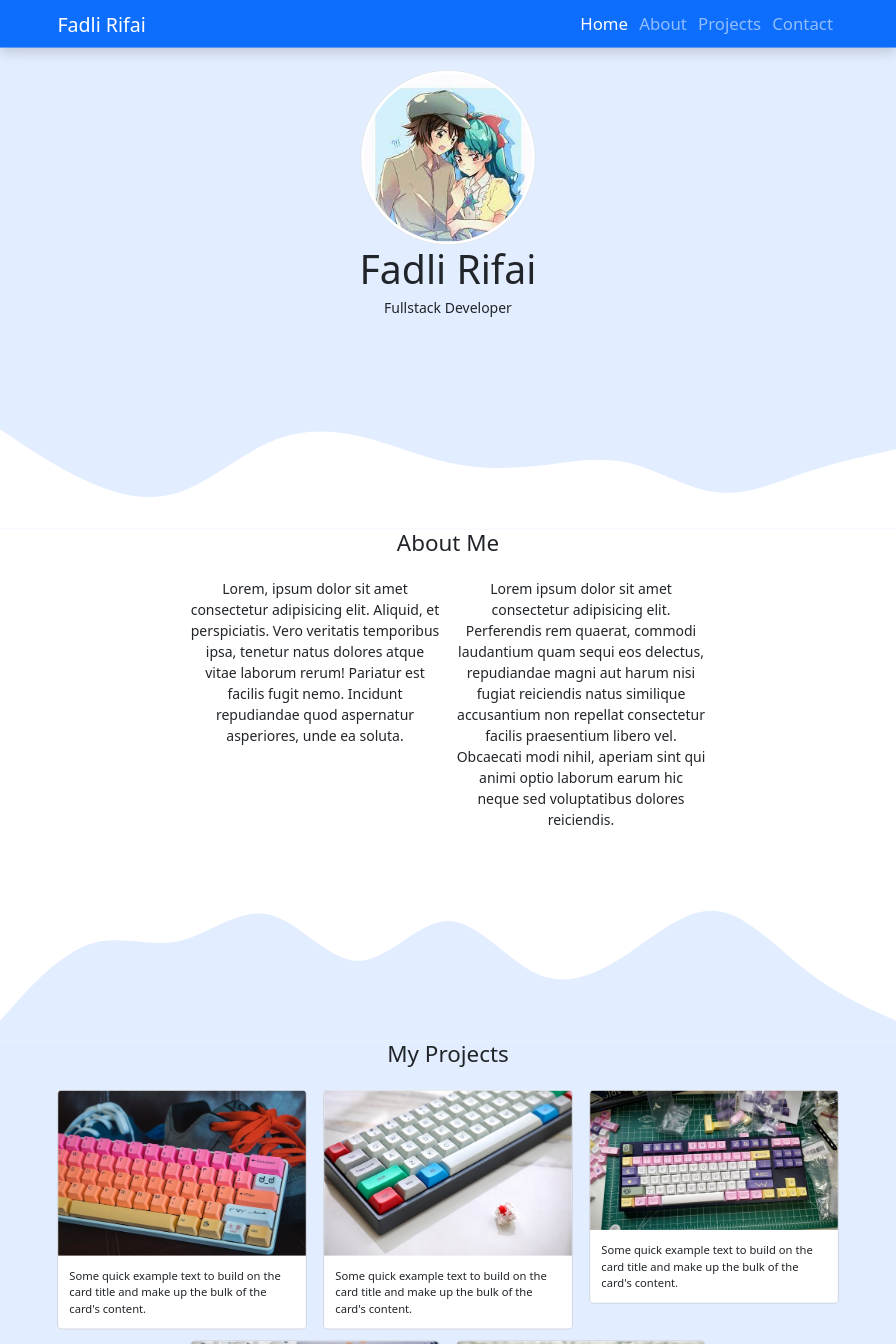
Repository: fadlyyy/fadli-dev.github.io
Page: index.html
These files come from the project's save history. The page is drawn as it stood at one moment and after the next save; the edit follows.
The browser window is 1280 px wide. The pictures show the part of the page from y = 0 to 1920 px (the page is 5000 px tall), at 70% of full size.

Above is the page before, as saved 2024-01-19 15:49:02.

### index.html
<!DOCTYPE html>
<html lang="en">
  <head>
    <meta charset="utf-8" />
    <meta name="viewport" content="width=device-width, initial-scale=1" />
    <title>Bootstrap demo</title>
    <link href="https://cdn.jsdelivr.net/npm/bootstrap@5.2.3/dist/css/bootstrap.min.css" rel="stylesheet" integrity="sha384-rbsA2VBKQhggwzxH7pPCaAqO46MgnOM80zW1RWuH61DGLwZJEdK2Kadq2F9CUG65" crossorigin="anonymous" />
    <link rel="stylesheet" href="style.css" />
  </head>
  <body>
    <!-- Navbar -->
    <nav class="navbar navbar-expand-lg navbar-dark bg-primary shadow">
      <div class="container">
        <a class="navbar-brand fs-3" href="#">Fadli Rifai</a>
        <button class="navbar-toggler" type="button" data-bs-toggle="collapse" data-bs-target="#navbarNav" aria-controls="navbarNav" aria-expanded="false" aria-label="Toggle navigation">
          <span class="navbar-toggler-icon"></span>
        </button>
        <div class="collapse navbar-collapse" id="navbarNav">
          <ul class="navbar-nav ms-auto fs-4">
            <li class="nav-item">
              <a class="nav-link active" aria-current="page" href="#">Home</a>
            </li>
            <li class="nav-item">
              <a class="nav-link" href="#">About</a>
            </li>
            <li class="nav-item">
              <a class="nav-link" href="#">Projects</a>
            </li>
            <li class="nav-item">
              <a class="nav-link" href="#">Contact</a>
            </li>
          </ul>
        </div>
      </div>
    </nav>
    <!-- Navbar End -->

    <!-- Jumbotron -->
    <section class="jumbotron text-center">
      <img class="rounded-circle img-thumbnail" src="img/images.jpeg" alt="" width="250" />
      <h1 class="display-4">Fadli Rifai</h1>
      <p class="lead">Fullstack Developer</p>
      <svg xmlns="http://www.w3.org/2000/svg" viewBox="0 0 1440 320">
        <path
          fill="#ffffff"
          fill-opacity="1"
          d="M0,160L24,176C48,192,96,224,144,245.3C192,267,240,277,288,261.3C336,245,384,203,432,181.3C480,160,528,160,576,170.7C624,181,672,203,720,213.3C768,224,816,224,864,218.7C912,213,960,203,1008,213.3C1056,224,1104,256,1152,261.3C1200,267,1248,245,1296,229.3C1344,213,1392,203,1416,197.3L1440,192L1440,320L1416,320C1392,320,1344,320,1296,320C1248,320,1200,320,1152,320C1104,320,1056,320,1008,320C960,320,912,320,864,320C816,320,768,320,720,320C672,320,624,320,576,320C528,320,480,320,432,320C384,320,336,320,288,320C240,320,192,320,144,320C96,320,48,320,24,320L0,320Z"
        ></path>
      </svg>
    </section>
    <!-- Jumbotron End -->

    <!-- About -->
    <section id="about">
      <div class="container">
        <div class="row text-center mb-4">
          <div class="col">
            <h2>About Me</h2>
          </div>
        </div>
        <div class="row justify-content-center fs-5 text-center">
          <div class="col-md-4">
            <p class="">
              Lorem, ipsum dolor sit amet consectetur adipisicing elit. Aliquid, et perspiciatis. Vero veritatis temporibus ipsa, tenetur natus dolores atque vitae laborum rerum! Pariatur est facilis fugit nemo. Incidunt repudiandae quod
              aspernatur asperiores, unde ea soluta.
            </p>
          </div>
          <div class="col-md-4">
            <p>
              Lorem ipsum dolor sit amet consectetur adipisicing elit. Perferendis rem quaerat, commodi laudantium quam sequi eos delectus, repudiandae magni aut harum nisi fugiat reiciendis natus similique accusantium non repellat
              consectetur facilis praesentium libero vel. Obcaecati modi nihil, aperiam sint qui animi optio laborum earum hic neque sed voluptatibus dolores reiciendis.
            </p>
          </div>
        </div>
      </div>
      <svg xmlns="http://www.w3.org/2000/svg" viewBox="0 0 1440 320">
        <path
          fill="#e2edff"
          fill-opacity="1"
          d="M0,288L24,261.3C48,235,96,181,144,165.3C192,149,240,171,288,160C336,149,384,107,432,117.3C480,128,528,192,576,192C624,192,672,128,720,128C768,128,816,192,864,213.3C912,235,960,213,1008,181.3C1056,149,1104,107,1152,112C1200,117,1248,171,1296,208C1344,245,1392,267,1416,277.3L1440,288L1440,320L1416,320C1392,320,1344,320,1296,320C1248,320,1200,320,1152,320C1104,320,1056,320,1008,320C960,320,912,320,864,320C816,320,768,320,720,320C672,320,624,320,576,320C528,320,480,320,432,320C384,320,336,320,288,320C240,320,192,320,144,320C96,320,48,320,24,320L0,320Z"
        ></path>
      </svg>
    </section>
    <!-- About End -->

    <!-- Section Projects -->
    <section id="projects">
      <div class="container">
        <div class="row mb-4">
          <div class="col text-center">
            <h2>My Projects</h2>
          </div>
        </div>
        <div class="row justify-content-center">
          <div class="col-md-4 mb-3 child">
            <div class="card">
              <img src="img/projects/Projects1.jpg" class="card-img-top" alt="..." />
              <div class="card-body">
                <p class="card-text">Some quick example text to build on the card title and make up the bulk of the card's content.</p>
              </div>
            </div>
          </div>
          <div class="col-md-4 mb-3 child">
            <div class="card">
              <img src="img/projects/Projects2.jpg" class="card-img-top" alt="..." />
              <div class="card-body">
                <p class="card-text">Some quick example text to build on the card title and make up the bulk of the card's content.</p>
              </div>
            </div>
          </div>
          <div class="col-md-4 mb-3 child">
            <div class="card">
              <img src="img/projects/Projects3.jpg" class="card-img-top" alt="..." />
              <div class="card-body">
                <p class="card-text">Some quick example text to build on the card title and make up the bulk of the card's content.</p>
              </div>
            </div>
          </div>
          <div class="col-md-4 mb-3 child">
            <div class="card">
              <img src="img/projects/Projects4.jpg" class="card-img-top" alt="..." />
              <div class="card-body">
                <p class="card-text">Some quick example text to build on the card title and make up the bulk of the card's content.</p>
              </div>
            </div>
          </div>
          <div class="col-md-4 mb-3 child">
            <div class="card">
              <img src="img/projects/Projects5.jpg" class="card-img-top" alt="..." />
              <div class="card-body">
                <p class="card-text">Some quick example text to build on the card title and make up the bulk of the card's content.</p>
              </div>
            </div>
          </div>
        </div>
      </div>
      <svg xmlns="http://www.w3.org/2000/svg" viewBox="0 0 1440 320"><path fill="#fff" fill-opacity="1" d="M0,192L48,197.3C96,203,192,213,288,192C384,171,480,117,576,128C672,139,768,213,864,229.3C960,245,1056,203,1152,197.3C1248,192,1344,224,1392,240L1440,256L1440,320L1392,320C1344,320,1248,320,1152,320C1056,320,960,320,864,320C768,320,672,320,576,320C480,320,384,320,288,320C192,320,96,320,48,320L0,320Z"></path></svg>
    </section>
    <!-- End Section Projects -->

    <!-- Contact -->
    <section id="contact">
      <div class="container">
        <div class="row text-center mb-3">
          <div class="col">
            <h2>Contact Me</h2>
          </div>
        </div>
        <div class="row justify-content-center">
          <div class="col-md-6">
            <form>
              <div class="mb-3">
                <label for="name" class="form-label">Name</label>
                <input type="text" class="form-control" id="name" aria-describedby="name" />
              </div>
              <div class="mb-3">
                <label for="email" class="form-label">Email Address</label>
                <input type="email" class="form-control" id="email" aria-describedby="email" />
              </div>
              <div class="mb-3">
                <label for="message" class="form-label">Message</label>
                <textarea class="form-control" id="message" rows="3"></textarea>
              </div>
              <button type="submit" class="btn btn-primary">Send Message</button>
            </form>
          </div>
        </div>
      </div>
    <!-- End Contact -->

    <script src="https://cdn.jsdelivr.net/npm/bootstrap@5.2.3/dist/js/bootstrap.bundle.min.js" integrity="sha384-kenU1KFdBIe4zVF0s0G1M5b4hcpxyD9F7jL+jjXkk+Q2h455rYXK/7HAuoJl+0I4" crossorigin="anonymous"></script>
  </body>
</html>

### style.css
body {
  min-height: 5000px;
}

.jumbotron {
  padding-top: 2rem;
  background-color: #e2edff;
}

#projects {
  background-color: #e2edff;
}

#projects .child {
  transition: all 0.2s ease-in-out;
}

#projects .child:hover {
  scale: 1.04;
}

After the next save:
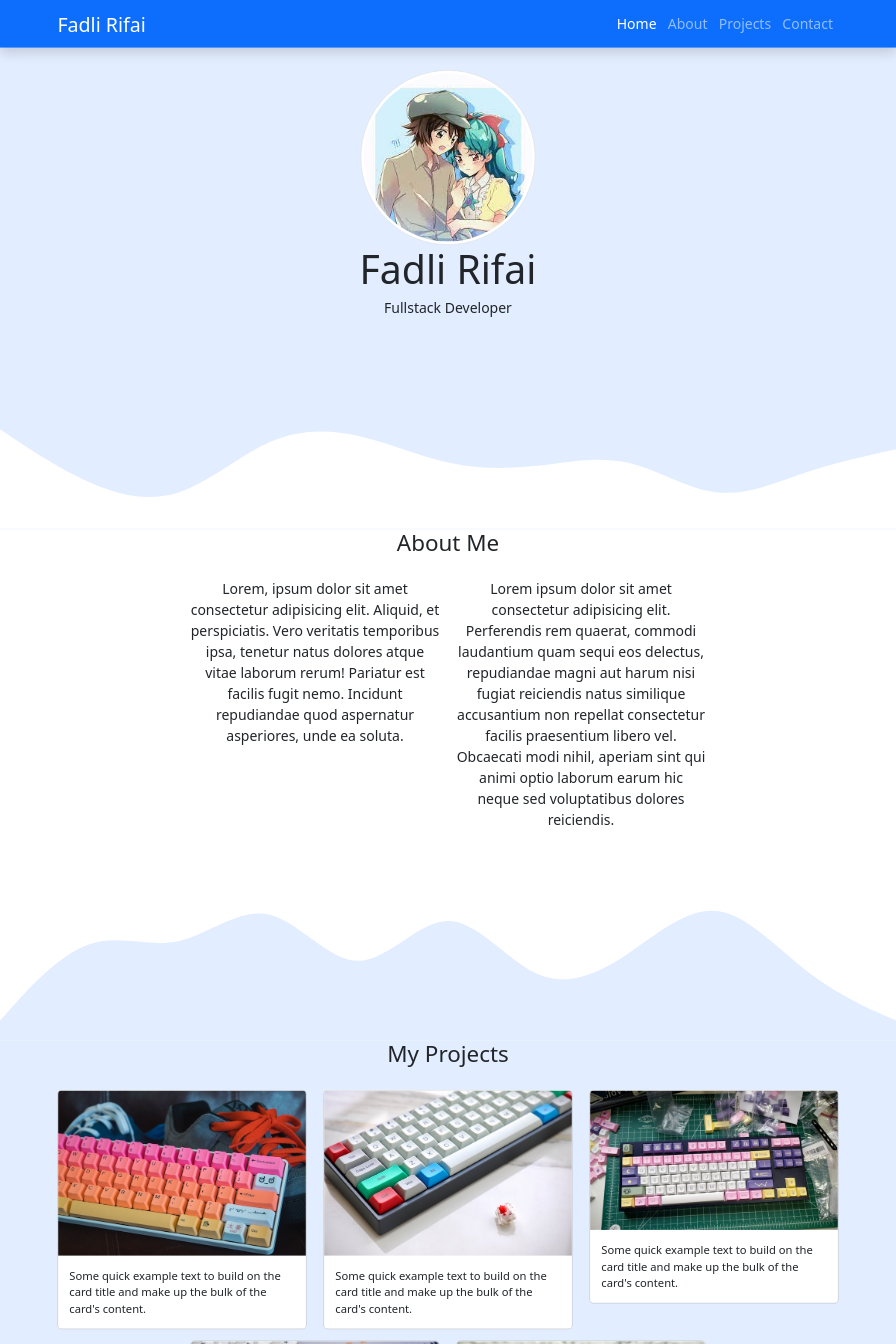
Saved 4 s later.
--- a/index.html
+++ b/index.html
@@ -16,7 +16,7 @@
           <span class="navbar-toggler-icon"></span>
         </button>
         <div class="collapse navbar-collapse" id="navbarNav">
-          <ul class="navbar-nav ms-auto fs-4">
+          <ul class="navbar-nav ms-auto fs-5">
             <li class="nav-item">
               <a class="nav-link active" aria-current="page" href="#">Home</a>
             </li>
